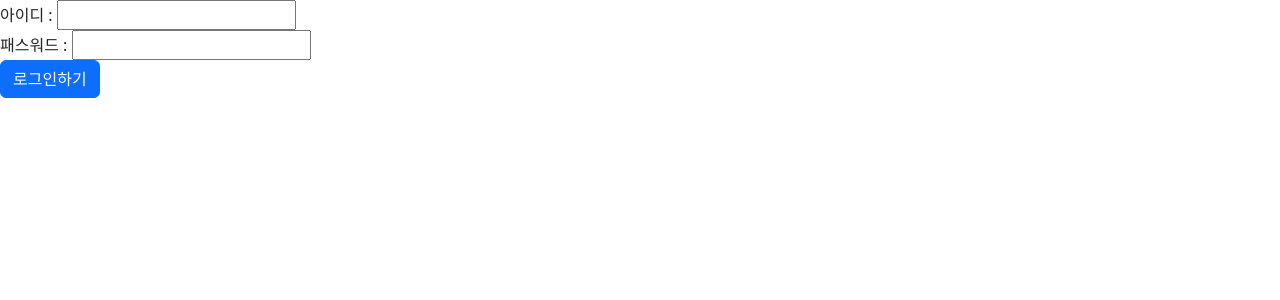
Repository: cheez0909/JSP
Page: http://localhost/1103/session/EX/loginForm.jsp
An editor plug-in stored every save of this project. The page is shown before and after the next save, followed by the edit.
The browser window is 1280 px wide. The pictures show the whole page.
The page is served by Tomcat 9.

Above is the page before, as saved 2023-11-08 07:14:05.

After the next save:
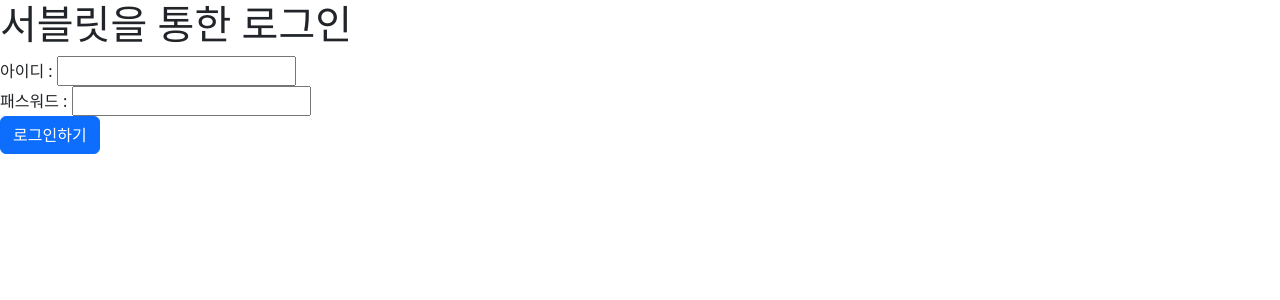
Saved 17 s later.
--- a/1103/src/main/webapp/session/EX/loginForm.jsp
+++ b/1103/src/main/webapp/session/EX/loginForm.jsp
@@ -9,6 +9,7 @@
 </head>
 
 <body>
+<h1>서블릿을 통한 로그인</h1>
 	<form action="LoginProcess" method="post" name="loginFrm" class="login"
         onsubmit="return validateForm(this);">
         아이디 : <input type="text" name="user_id" required="required"/><br />
